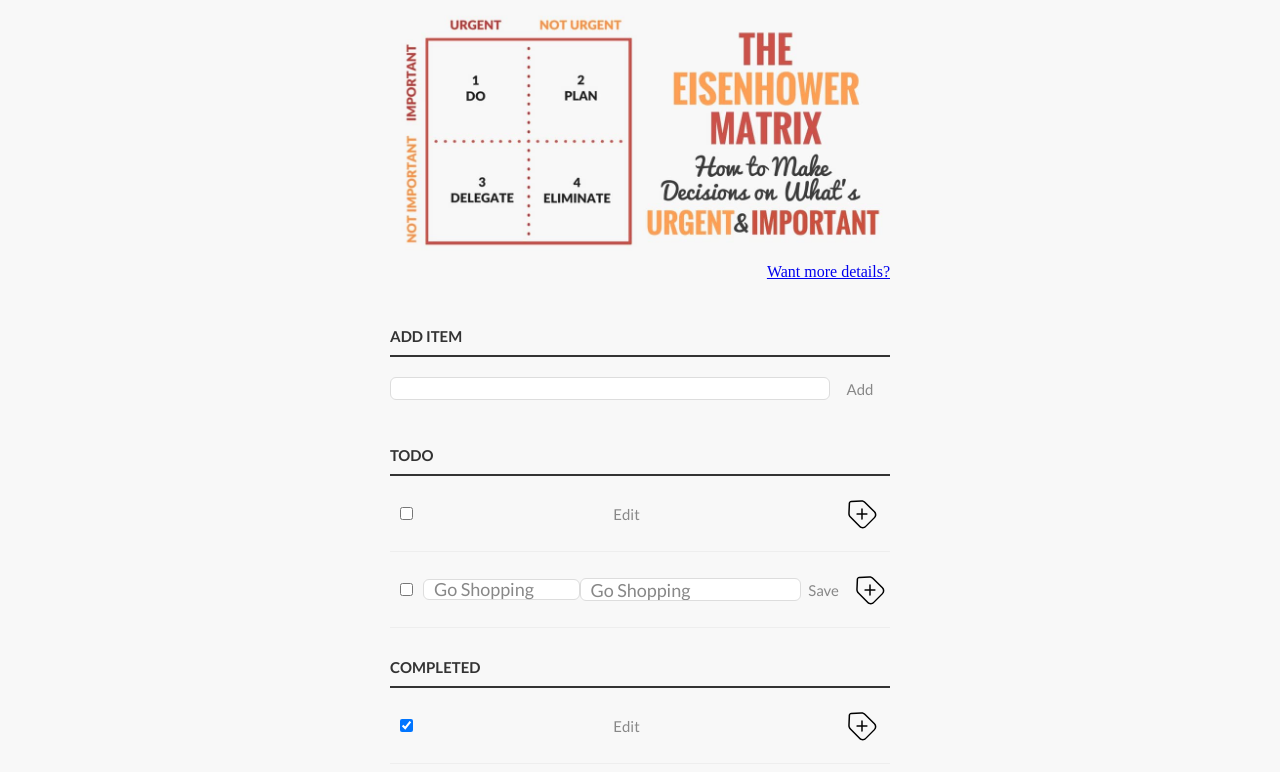
Repository: AlekseyRD88/clean-code-s1e1
Page: index.html
The author's editor kept a copy of each file at every save. The page is drawn from the files as they stood at one save, then again after the next save.
The browser window is 1280 px wide. The pictures show the whole page.

Above is the page before, as saved 2024-12-15 14:03:13.

After the next save:
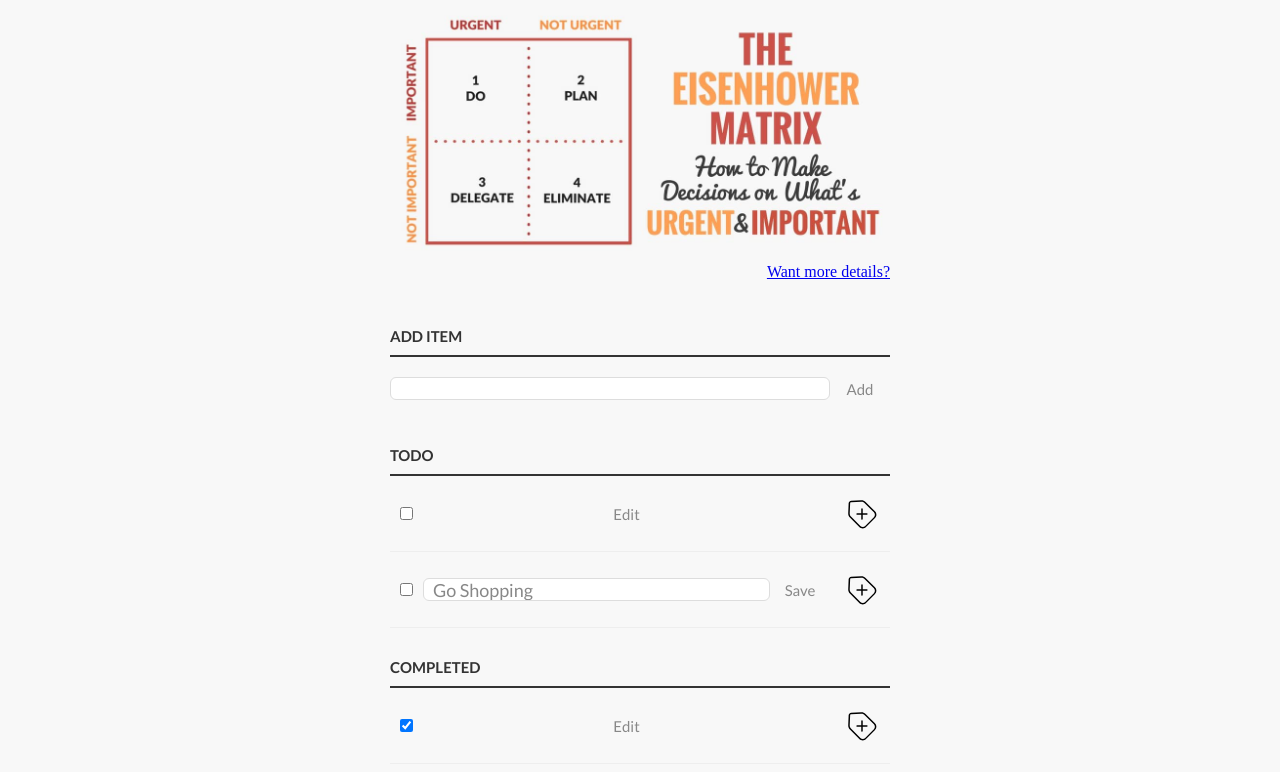
Saved 102 s later.
--- a/style.css
+++ b/style.css
@@ -106,13 +106,13 @@
 .list-item > input[type="checkbox"] {
   margin: 0 10px;
 }
-.list-item > label {
+.list-item > .task-label {
   padding-left: 10px;
   box-sizing: border-box;
   font-size: 18px;
   width: 226px;
 }
-.list-item >    input[type="text"] {
+.list-item > .task {
   width: 226px
 }
 .delete img {
@@ -124,7 +124,7 @@
   transform: rotateZ(0);
 }
 /* Completed */
-#completed-tasks label {
+#completed-tasks .task-label {
   text-decoration: line-through;
   color: #888;
 }
@@ -138,6 +138,6 @@
   width: 224px;
 }
 
-.list .edit-mode label {
+.list .edit-mode .task-label {
   display: none;
 }
